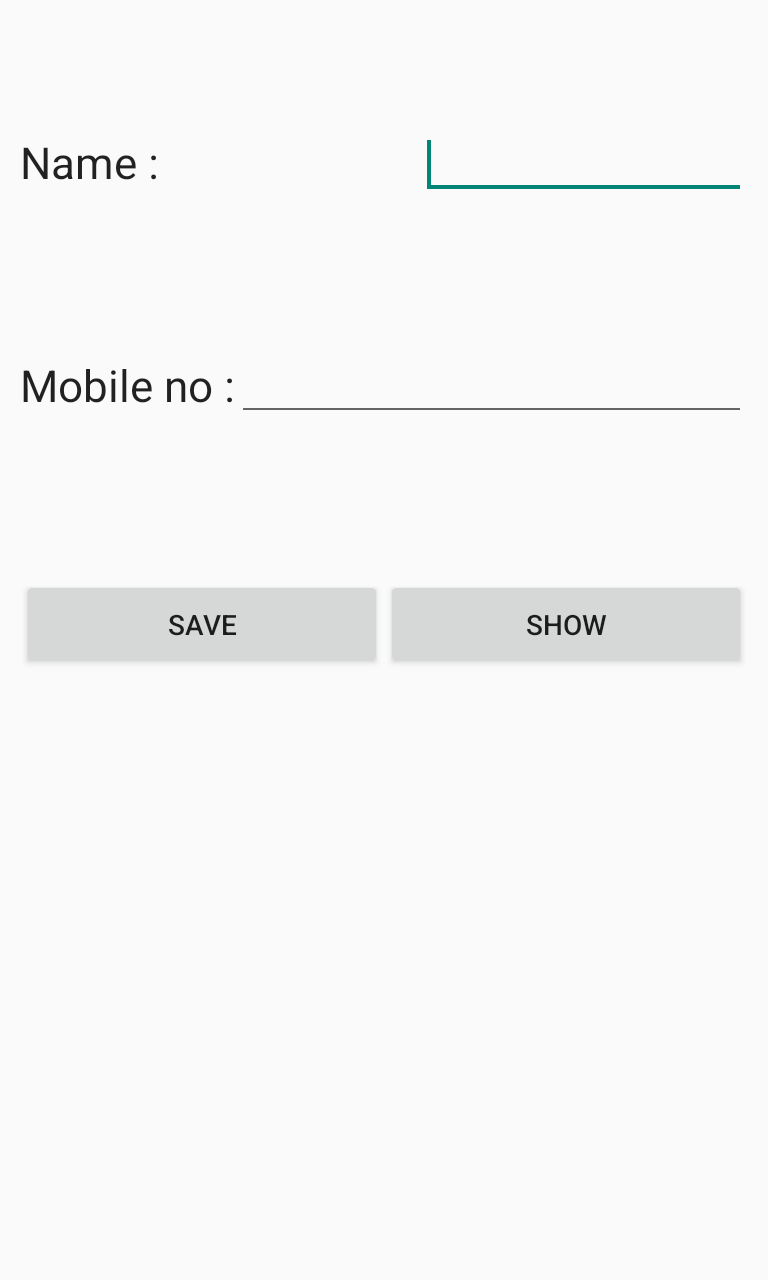
Repository: rajeshmule/Android-Data-Storage-Option
Layout: SharedPreference/res/layout/activity_main.xml
An editor plug-in stored every save of this project. The layout is shown before and after the next save, followed by the edit.
It is drawn on a 768 x 1280 px phone screen (xhdpi) without system bars, with theme AppTheme; the app's code is not run.

Above is the layout before, as saved 2014-08-22 19:20:44.

After the next save:
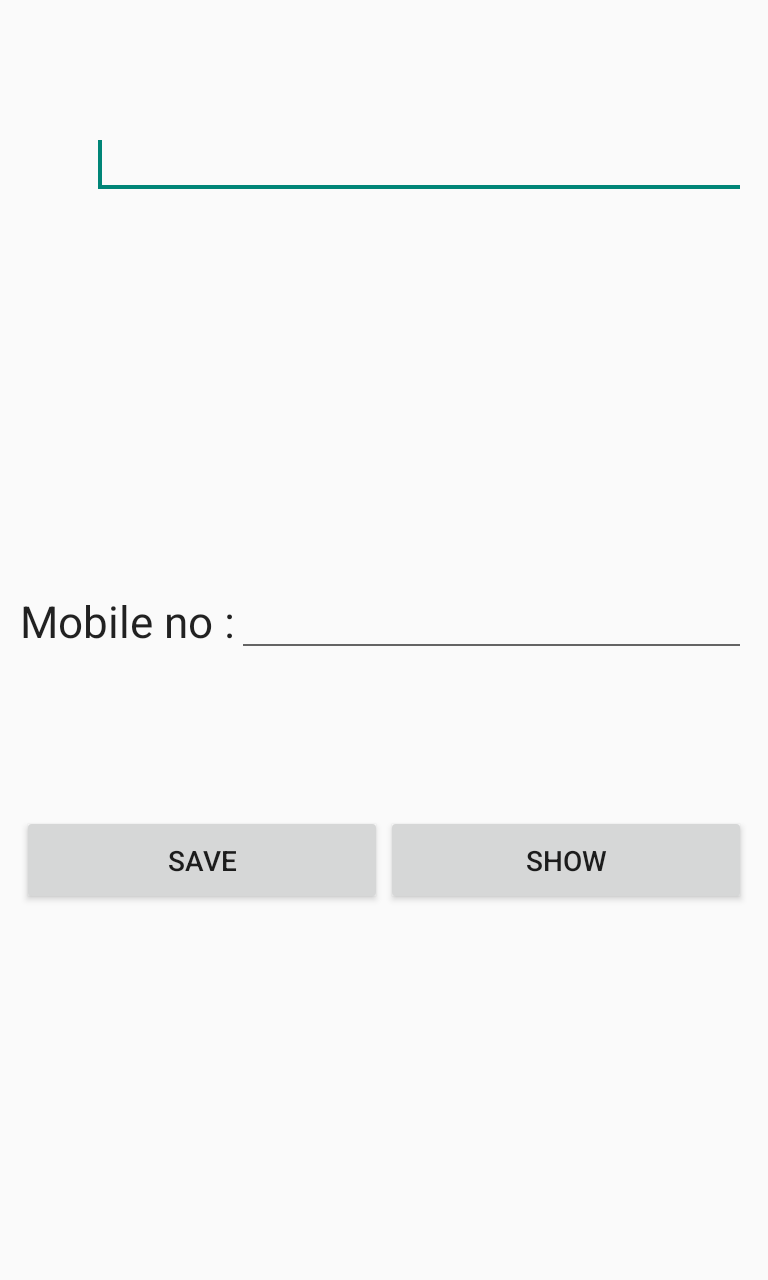
Saved 52 s later.
--- a/SharedPreference/res/layout/activity_main.xml
+++ b/SharedPreference/res/layout/activity_main.xml
@@ -20,7 +20,6 @@
             android:id="@+id/textView1"
             android:layout_width="0dp"
             android:layout_height="wrap_content"
-            android:layout_weight="1"
             android:text="@string/name_fix"
             android:textAppearance="?android:attr/textAppearanceLarge" />
 

After the save that followed:
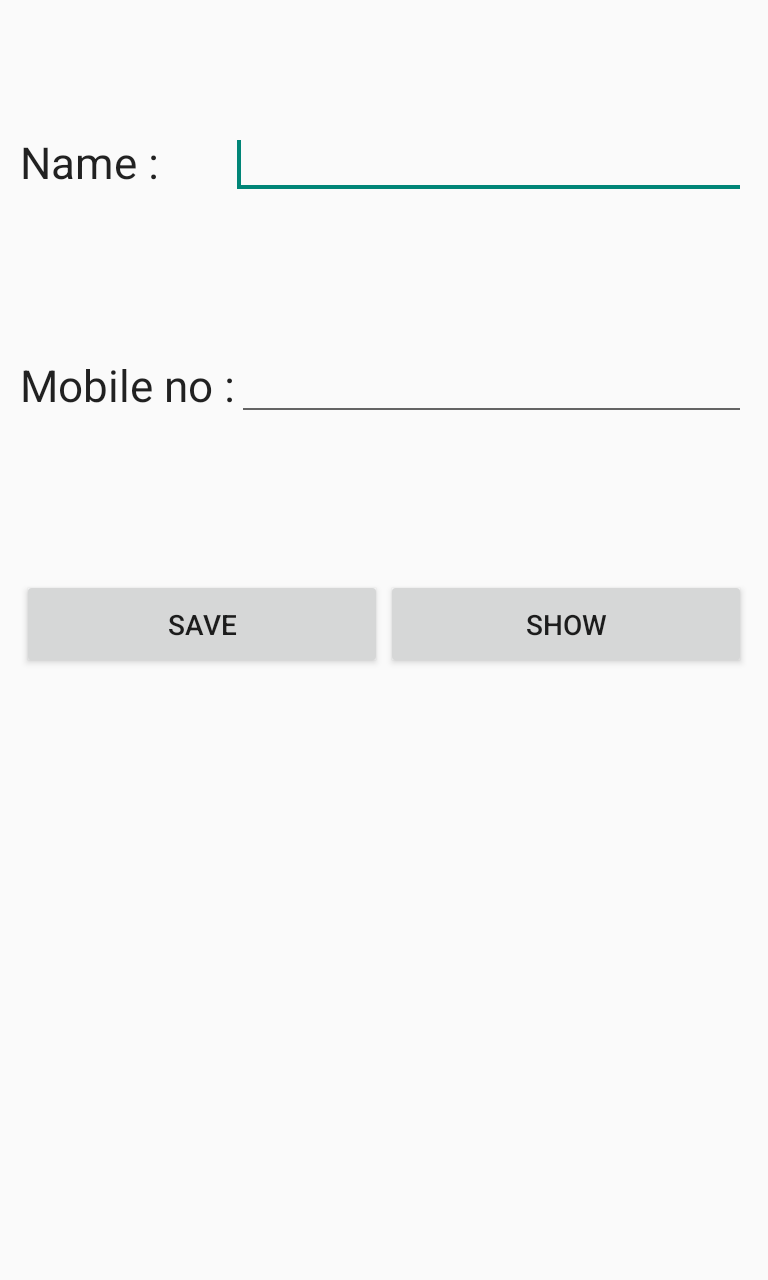
Saved 19 s later.
--- a/SharedPreference/res/layout/activity_main.xml
+++ b/SharedPreference/res/layout/activity_main.xml
@@ -18,7 +18,7 @@
 
         <TextView
             android:id="@+id/textView1"
-            android:layout_width="0dp"
+            android:layout_width="wrap_content"
             android:layout_height="wrap_content"
             android:text="@string/name_fix"
             android:textAppearance="?android:attr/textAppearanceLarge" />
